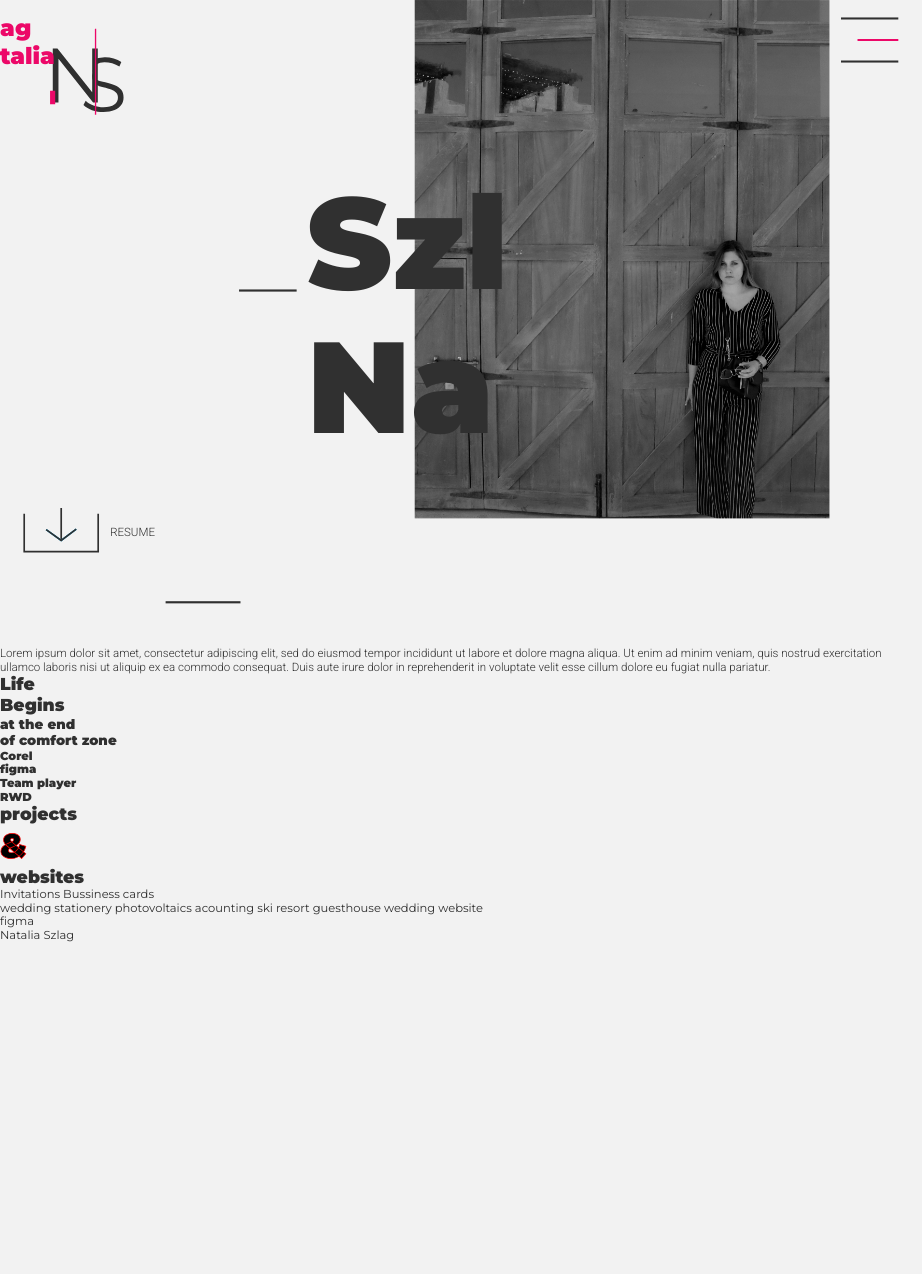
Repository: nataliaszlag/portfolio3
Page: index.html
The author's editor kept a copy of each file at every save. The page is drawn from the files as they stood at one save, then again after the next save.
The browser window is 1280 px wide. The pictures show the whole page, at 72% of full size.
The style sheet was rebuilt from its Sass, Less or Tailwind sources for each picture, by a compiler version that may differ from the author's.

Above is the page before, as saved 2020-09-26 20:16:57.

### index.html
<!DOCTYPE html>
<html lang="en">
<head>
    <meta charset="UTF-8">
    <meta name="viewport" content="width=device-width, initial-scale=1.0">
    <title>Portfolio</title>
    <link rel="stylesheet" href="/css/style.css">
    <link href="https://fonts.googleapis.com/css2?family=Montserrat:wght@300;400;600;900&family=Roboto:wght@300&display=swap" rel="stylesheet">
<body>
    <img><img class="hero-img"src="/img/img-hero.JPG" alt="zdj"><h1 class="h1-name-2 clr-prim">ag<br>talia</h1></div>
    <header class="hero">
        <nav>
            <logo class="logo">
                <svg width="202" height="202" viewBox="0 0 202 202" fill="none" xmlns="http://www.w3.org/2000/svg">
                    <path d="M111.707 131.661C106.15 131.661 100.822 130.771 95.7284 128.989C90.6331 127.207 86.6957 124.857 83.9163 121.934L87.0156 115.841C89.7232 118.549 93.3219 120.742 97.8117 122.416C102.302 124.091 106.933 124.927 111.707 124.927C118.407 124.927 123.43 123.699 126.779 121.239C130.128 118.781 131.805 115.592 131.805 111.673C131.805 108.68 130.895 106.292 129.078 104.511C127.26 102.729 125.035 101.357 122.397 100.396C119.76 99.4333 116.091 98.3831 111.387 97.2422C78.7372 90.0157 110.659 55.7886 98.6857 58.3337C92.9473 59.5532 105.322 55.7647 113.312 55.5543C117.586 55.4414 121.773 56.1427 125.871 57.3177C129.969 58.4945 133.513 60.116 136.506 62.1821L133.835 68.4884C130.7 66.4223 127.351 64.8726 123.786 63.8395C120.223 62.8047 116.732 62.3344 113.312 62.2882C95.5796 62.0521 91.8988 81.0702 103.104 87.2483C105.649 88.6525 109.535 89.2614 114.167 90.4023C119.654 91.7552 124.089 93.091 127.474 94.4098C130.859 95.7285 133.727 97.7228 136.079 100.396C138.431 103.068 139.607 106.684 139.607 111.245C139.607 115.022 138.591 118.46 136.561 121.561C134.529 124.66 131.411 127.118 127.207 128.936C123.003 130.753 117.837 131.661 111.707 131.661Z" fill="#303030"/>
                    <path d="M103.826 43.3881V118.212H97.3055L49.2035 57.4973V118.212H41.2945V43.3881H47.8146L96.0226 104.103V43.3881H103.826Z" fill="#303030"/>
                    <path fill-rule="evenodd" clip-rule="evenodd" d="M99.789 135.296V16.0728H101.621V135.296H99.789Z" fill="#EC0868"/>
                    <path fill-rule="evenodd" clip-rule="evenodd" d="M37.5521 120.721L37.5538 101.949L44.6315 101.956V120.726L37.5521 120.721Z" fill="#EC0868"/>
                    </svg>


            </logo>
            <ul class="navbar">
                <svg class="hamburger"width="80" height="63" viewBox="0 0 80 63" fill="none" xmlns="http://www.w3.org/2000/svg">
                    <g  class="line-menu-1"><line y1="1.5" x2="80" y2="1.5" stroke="#303030" stroke-width="3"/></g>
                    <g class="line-menu-2"><line y1="61.5" x2="80" y2="61.5" stroke="#303030" stroke-width="3"/></g>
                    <line x1="23" y1="31.5" x2="80" y2="31.5" stroke="#EC0868" stroke-width="3"/>
                    </svg>

                <li class="nav-list"><a href ="#">ABOUT</a></li>
                <li class="nav-list"><a href ="#">PORTFOLIO</a></li>
                <li class="nav-list"><a href ="#">CONTACT</a></li>
            </ul>
        </nav>
        <div class="flex">
            <div class="line-1"></div>
            <h1 class="h1-name">Szl<br>Na</h1>
        </div>
        <div class="resume">
            <icon class="resume-icon">
                <svg width="106" height="63" viewBox="0 0 106 63" fill="none" xmlns="http://www.w3.org/2000/svg">
                    <path d="M1.60553 8.5282V61.0716H104.395V8.5282" stroke="#303030" stroke-width="2.36" stroke-miterlimit="22.9256"/>
                    <path d="M53 0.473083V45.5269" stroke="#303030" stroke-width="2.36" stroke-miterlimit="22.9256"/>
                    <path d="M32.1326 30.6015L52.9999 45.5269L73.8673 29.8981" stroke="#00A0E3" stroke-width="2.36" stroke-miterlimit="22.9256"/>
                    <path d="M32.1326 30.6015L52.9999 45.5269L73.8673 29.8981" stroke="#303030" stroke-width="2.36" stroke-miterlimit="22.9256"/>
                    </svg>
            </icon>
            <p class="resume-p">RESUME</p>
            <div class="line-2"></div>
        </div>
    </header>
    <main>
        <article class="main-page">

            <div class="arrow">
                <svg>
                </svg>
            </div>
    </article>
        <article class="about">
            <div class="about-flex">
                <p class="about-p">
                    Lorem ipsum dolor sit amet, consectetur adipiscing elit, sed do eiusmod tempor incididunt ut labore et dolore magna aliqua. Ut enim ad minim veniam, quis nostrud exercitation ullamco laboris nisi ut aliquip ex ea commodo consequat. Duis aute irure dolor in reprehenderit in voluptate velit esse cillum dolore eu fugiat nulla pariatur.
                </p>
        </div>
            <div class="about-flex">
                <h2 class="about-primary">Life</h2>
                <h2 class="about-secondary">Begins</h2>
                <h3 class="about-terciary">at the end<br>of comfort zone</h3>
        </div>
            <div class="about-flex">
                <div class="vector"></div>
        </div>
            <div class="about-flex">
                <h4 class="stat">Corel</h4>
                <div class="stat-bar">
                <div class="bar"></div>
                <div class="bar"></div>
                <div class="bar"></div>
                <div class="bar"></div>
                <div class="bar"></div>
            </div>
            <h4 class="stat">figma</h4>
                <div class="stat-bar">
                <div class="bar-1"></div>
                <div class="bar-2"></div>
                <div class="bar-3"></div>
                <div class="bar-4"></div>
                <div class="bar-5"></div>
            </div>
            <h4 class="stat">Team player</h4>
                <div class="stat-bar">
                <div class="bar-1"></div>
                <div class="bar-2"></div>
                <div class="bar-3"></div>
                <div class="bar-4"></div>
                <div class="bar-5"></div>
            </div>
            <h4 class="stat">RWD</h4>
                <div class="stat-bar">
                <div class="bar-1"></div>
                <div class="bar-2"></div>
                <div class="bar-3"></div>
                <div class="bar-4"></div>
                <div class="bar-5"></div>
            </div>
        </div>
    </article>

    <article class="portfolio">
        <h2 class="portfolio-primary">projects<br></h2>
        <h2 class="portfolio-ampersand">&</h2>
        <h2 class="portfolio-secondary">websites</h2>

        <div class="projects-flex">
            <div class="project-gallery">
                <a href="https://www.kraftdesign.pl" target="_blank" class="link">Invitations</a>
                <a href="#gallery" class="link">Bussiness cards</a>
            </div>
            <div class="project-links">
                <a href="https://www.kraftdesign.pl" target="_blank" class="link">wedding stationery</a>
                <a href="https://www.cellinstalacje.pl" class="link" target="_blank" >photovoltaics</a>
                <a href="https://www.cellsksiegowosc.pl" class="link" target="_blank">acounting</a>
                <a href="https://www.masterski.pl" class="link" target="_blank">ski resort</a>
                <a href="https://www.tylicznoclegi.pl" class="link" target="_blank">guesthouse</a>
                <a href="https://www.pobieramysie.info" class="link" target="_blank">wedding website</a>
            </div>
            <div class="project-display">
                figma
            </div>
        </div>
    </article>

    <article class="contact">
        <div class="square">
            <div class="socials">
                <div class="social-info"></div>
                <div class="social-info"></div>
            </div>
            <div class="svg-animate">Natalia Szlag</div>
        </div>

        <div class="square bg-cover">
            <div class="social-sq">
                <svg class="social-ico">insta</svg>
            </div>
            <div class="social-sq">
                <svg class="social-ico">facebook</svg>
            </div>
            <div class="social-sq">
                <svg class="social-ico">pinterest</svg>
            </div>
        </div>
    </article>
    </main>
  </body>
</html>

### scss/style.scss
// ==========================================
// variables
// ==========================================

//font-var
$font-primary: 'Montserrat', sans-serif;
$font-secondary: 'roboto', sans-serif;
$font-spacing-primary: 10%;
$font-line-primary: 25pt;

//color-var
$clr-font: #303030;
$clr-bg: #f2f2f2;
$clr-accent: #ec0868;


// ============================================
// main style
// =======================================
*,
*:hover,
*:focus{
box-sizing: border-box;
color: $clr-font;
}

body{
    background-color: $clr-bg;
}

*{
    margin: 0;
    padding: 0;
    font-family: $font-primary;
    text-decoration: none;
}

.portfolio-ampersand{
    font-size: 48px;
    color: black;
    -webkit-text-stroke: 1px red;
}

.hero{
    min-height: 100%;
    height: 100vh;
    max-width: 95%;
    margin: auto;
}

.hero-img{
    object-fit: cover;
    top: 0;
    right: 10%;
    position: absolute;
    height: 100vh;
    width: 45%;
    z-index: -1;
}

.h1-name{
    display: inline-block;
    font-weight: 900;
    font-size: 180px;
    line-height: 200px;
    padding-left: 10px;
    z-index: 3;
}


.h1-name-2{
    position: absolute;
    left: 0;
}

.clr-prim{
    color: $clr-accent;
}

.resume{
    margin-top: auto;
    display: flex;
    align-items: center;

    &-p{
        padding: 15px;
    }

    .line-2{
        display: inline-block;
    content:'';
    width: 104px;
    height: 200px;
    border-bottom: solid 3px $clr-font;
    }
}

.line-1{
    display: inline-block;
    content:'';
    width: 80px;
    height: 200px;
    border-top: solid 3px $clr-font;
    margin-left: 300px;
}

nav{
    margin-top: 5px;
    display: flex;
    justify-content: space-between;
    ul{
        display: block;
        list-style-type: none;
        text-align: right;
        li{
            opacity: 0;
            overflow: hidden;
            padding: 15px;
            transition: .2s ease-out;
        }
    }

    ul:hover > li{
        opacity: 1;
    }

    ul:hover .line-menu-1{
        transform: translateY(20px);
    }

    ul:hover .line-menu-2{
        transform: translateY(-20px);
    }
    }

li{
    transition: .2s ease-out;
}

li:hover{
    transform: scale(1.2);
    color: $clr-accent;
}

a{
    transition: .2s ease-out;
}

a:hover{
    color: $clr-accent;
}

.line-menu-1{
    transition: .2s ease-out;
}

.line-menu-2{
    transition: .2s ease-out;
}

p{
    font-family: $font-secondary;
}

After the next save:
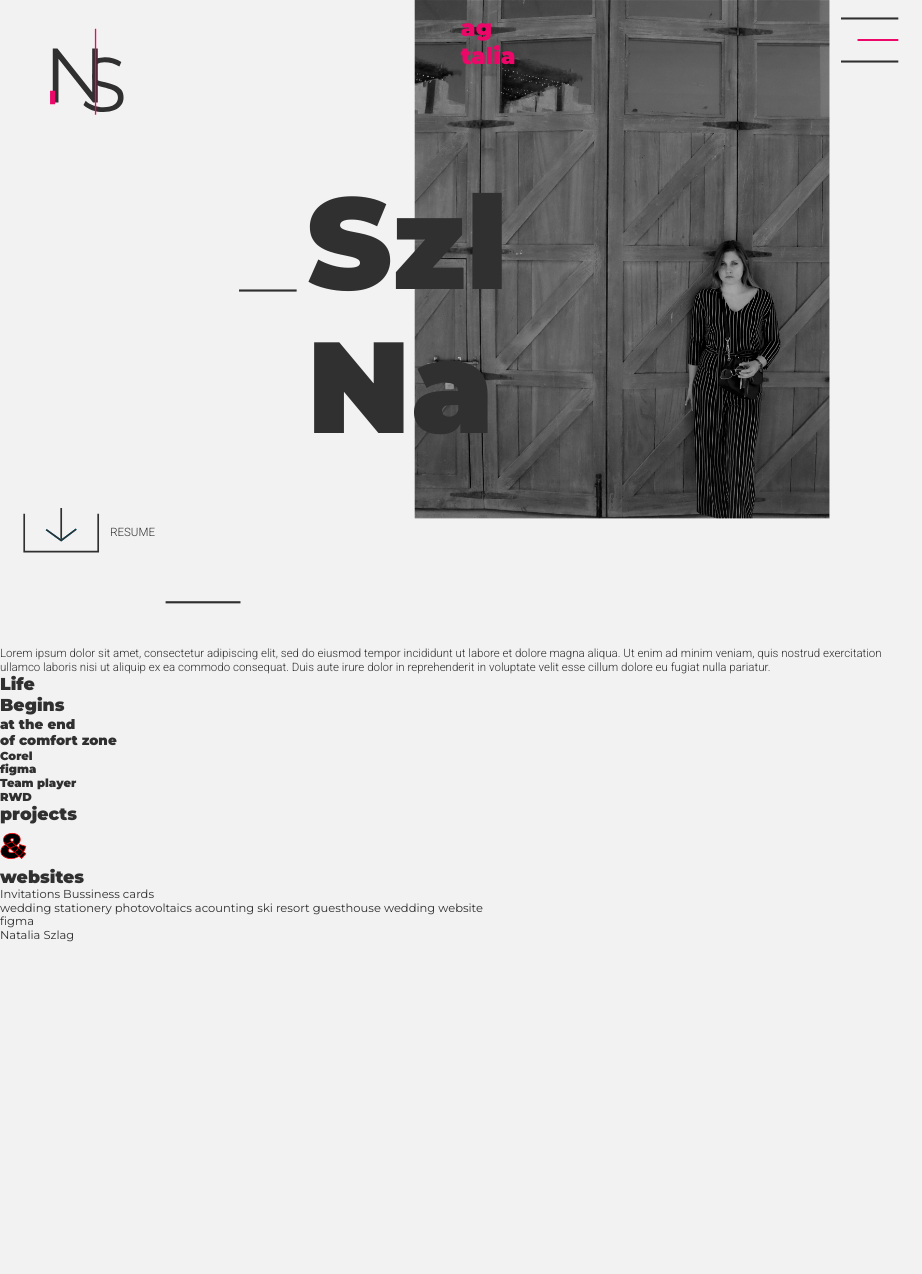
Saved 7 s later.
--- a/scss/style.scss
+++ b/scss/style.scss
@@ -70,7 +70,7 @@ body{
 
 .h1-name-2{
     position: absolute;
-    left: 0;
+    left: 50%;
 }
 
 .clr-prim{
